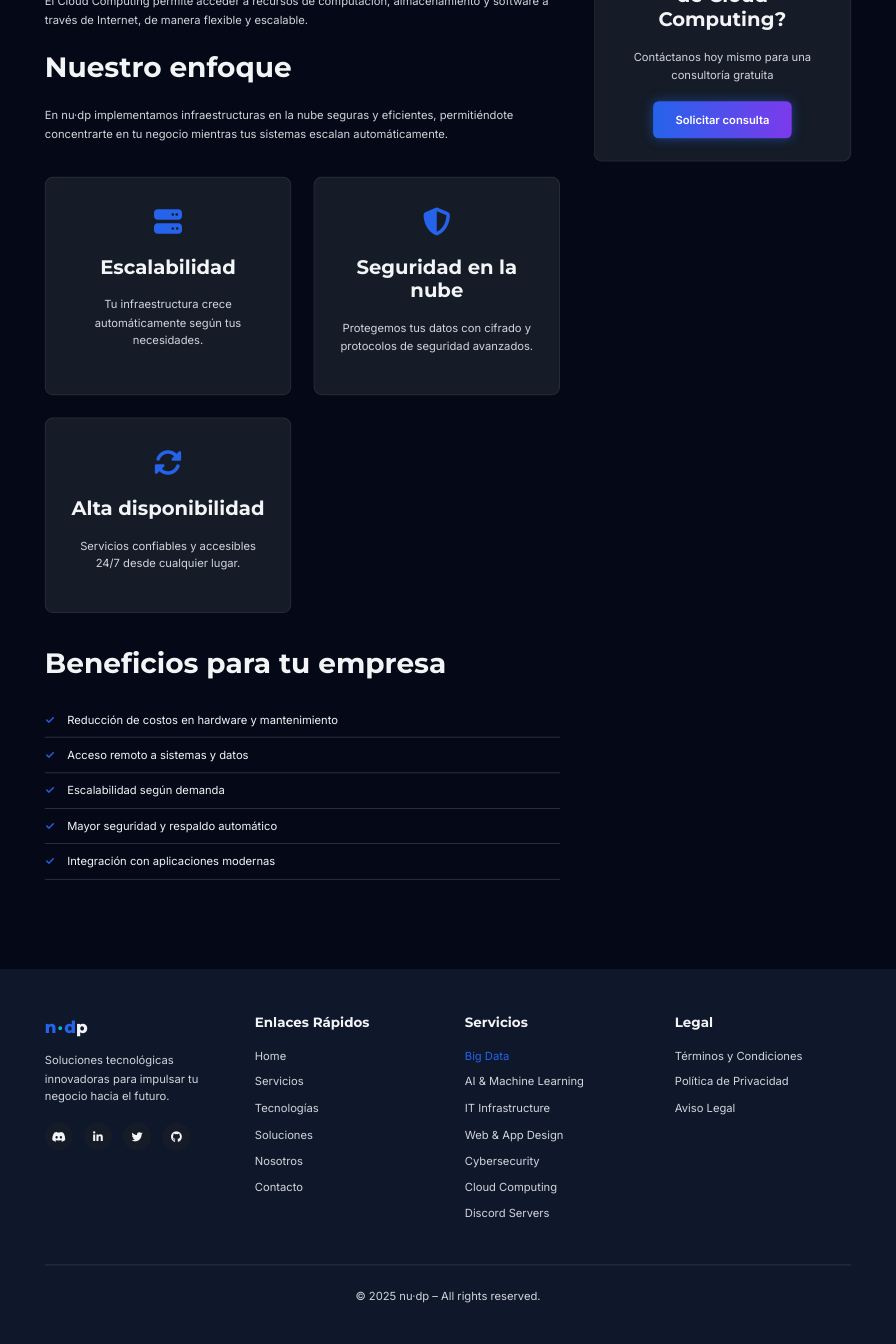
Repository: nu-dp/nu.dp-website
Page: services/cloud.html
The author's editor kept a copy of each file at every save. The page is drawn from the files as they stood at one save, then again after the next save.
The browser window is 1280 px wide. The pictures show the part of the page from y = 742 to 2662 px (the page is 2662 px tall), at 70% of full size.

Above is the page before, as saved 2025-08-21 22:11:50.

### services/cloud.html
<!DOCTYPE html>
<html lang="es">
<head>
    <meta charset="UTF-8">
    <meta name="viewport" content="width=device-width, initial-scale=1.0">
    <title>Cloud Computing - nu·dp</title>
    <meta name="description" content="Servicios de Big Data y análisis de datos para tu empresa">
    <link rel="preconnect" href="https://fonts.googleapis.com">
    <link rel="preconnect" href="https://fonts.gstatic.com" crossorigin>
    <link href="https://fonts.googleapis.com/css2?family=Montserrat:wght@300;400;500;600;700;800&family=Inter:wght@300;400;500;600&display=swap" rel="stylesheet">
    <link rel="stylesheet" href="https://cdnjs.cloudflare.com/ajax/libs/font-awesome/6.4.0/css/all.min.css">
    <link rel="stylesheet" href="../css/style.css">
</head>
<body>
    <!-- Header -->
    <header id="header">
        <div class="container header-container">
            <a href="../index.html" class="logo">
                <span class="logo-symbol">n</span>
                <span class="logo-divider">·</span>
                <span class="logo-symbol">d</span>
                <span class="logo-text">p</span>
            </a>

            <button class="mobile-menu-btn" id="mobile-menu">
                <span class="menu-line"></span>
                <span class="menu-line"></span>
                <span class="menu-line"></span>
            </button>

            <nav>
                <ul class="nav-menu" id="nav-menu">
                    <li><a href="../index.html">Home</a></li>
                    <li><a href="../services.html">Servicios</a></li>
                    <li><a href="../technologies.html">Tecnologías</a></li>
                    <li><a href="../solutions.html">Soluciones</a></li>
                    <li><a href="../about.html">Nosotros</a></li>
                    <li><a href="../contact.html">Contacto</a></li>
                </ul>
            </nav>
        </div>
    </header>

<!-- Hero Section -->
<section class="hero service-detail-hero">
    <div class="container hero-content">
        <div class="service-header">
            <div class="service-icon large">
                <i class="fas fa-cloud"></i>
            </div>
            <h1 class="fade-in">Cloud Computing</h1>
        </div>
        <p class="hero-tagline fade-in">Soluciones en la nube que escalan con tu negocio</p>
    </div>
</section>

<!-- Service Detail -->
<section class="section">
    <div class="container">
        <div class="service-detail">
            <div class="service-info">
                <h2>¿Qué es Cloud Computing?</h2>
                <p>El Cloud Computing permite acceder a recursos de computación, almacenamiento y software a través de Internet, de manera flexible y escalable.</p>

                <h2>Nuestro enfoque</h2>
                <p>En nu·dp implementamos infraestructuras en la nube seguras y eficientes, permitiéndote concentrarte en tu negocio mientras tus sistemas escalan automáticamente.</p>

                <div class="features-grid">
                    <div class="feature-item">
                        <div class="feature-icon">
                            <i class="fas fa-server"></i>
                        </div>
                        <h3>Escalabilidad</h3>
                        <p>Tu infraestructura crece automáticamente según tus necesidades.</p>
                    </div>

                    <div class="feature-item">
                        <div class="feature-icon">
                            <i class="fas fa-shield-alt"></i>
                        </div>
                        <h3>Seguridad en la nube</h3>
                        <p>Protegemos tus datos con cifrado y protocolos de seguridad avanzados.</p>
                    </div>

                    <div class="feature-item">
                        <div class="feature-icon">
                            <i class="fas fa-sync-alt"></i>
                        </div>
                        <h3>Alta disponibilidad</h3>
                        <p>Servicios confiables y accesibles 24/7 desde cualquier lugar.</p>
                    </div>
                </div>

                <h2>Beneficios para tu empresa</h2>
                <ul class="benefits-list">
                    <li>Reducción de costos en hardware y mantenimiento</li>
                    <li>Acceso remoto a sistemas y datos</li>
                    <li>Escalabilidad según demanda</li>
                    <li>Mayor seguridad y respaldo automático</li>
                    <li>Integración con aplicaciones modernas</li>
                </ul>
            </div>

            <div class="service-cta">
                <div class="cta-card">
                    <h3>¿Interesado en nuestros servicios de Cloud Computing?</h3>
                    <p>Contáctanos hoy mismo para una consultoría gratuita</p>
                    <a href="../contact.html" class="btn btn-glow">
                        <span class="btn-text">Solicitar consulta</span>
                        <div class="btn-hover-effect"></div>
                    </a>
                </div>
            </div>
        </div>
    </div>
</section>


    <!-- Footer -->
    <footer>
        <div class="container">
            <div class="footer-content">
                <div class="footer-about">
                    <div class="footer-logo">
                        <span class="logo-symbol">n</span>
                        <span class="logo-divider">·</span>
                        <span class="logo-symbol">d</span>
                        <span class="logo-text">p</span>
                    </div>
                    <p>Soluciones tecnológicas innovadoras para impulsar tu negocio hacia el futuro.</p>
                    <div class="social-links">
                        <a href="#" class="social-link">
                            <i class="fab fa-discord"></i>
                            <span class="link-tooltip">Únete a nuestro Discord</span>
                        </a>
                        <a href="#" class="social-link">
                            <i class="fab fa-linkedin-in"></i>
                            <span class="link-tooltip">Síguenos en LinkedIn</span>
                        </a>
                        <a href="#" class="social-link">
                            <i class="fab fa-twitter"></i>
                            <span class="link-tooltip">Síguenos en Twitter</span>
                        </a>
                        <a href="#" class="social-link">
                            <i class="fab fa-github"></i>
                            <span class="link-tooltip">Visita nuestro GitHub</span>
                        </a>
                    </div>
                </div>

                <div class="footer-links">
                    <h4>Enlaces Rápidos</h4>
                    <ul>
                        <li><a href="../index.html">Home</a></li>
                        <li><a href="../services.html">Servicios</a></li>
                        <li><a href="../technologies.html">Tecnologías</a></li>
                        <li><a href="../solutions.html">Soluciones</a></li>
                        <li><a href="../about.html">Nosotros</a></li>
                        <li><a href="../contact.html">Contacto</a></li>
                    </ul>
                </div>

                <div class="footer-links">
                    <h4>Servicios</h4>
                    <ul>
                        <li><a href="big-data.html" class="active">Big Data</a></li>
                        <li><a href="ai.html">AI & Machine Learning</a></li>
                        <li><a href="it-infra.html">IT Infrastructure</a></li>
                        <li><a href="web-app.html">Web & App Design</a></li>
                        <li><a href="cyber.html">Cybersecurity</a></li>
                        <li><a href="cloud.html">Cloud Computing</a></li>
                        <li><a href="discord.html">Discord Servers</a></li>
                    </ul>
                </div>

                <div class="footer-links">
                    <h4>Legal</h4>
                    <ul>
                        <li><a href="../terms-and-conditions.html">Términos y Condiciones</a></li>
                        <li><a href="../privacy-policy.html">Política de Privacidad</a></li>
                        <li><a href="../legal-notice.html">Aviso Legal</a></li>
                    </ul>
                </div>
            </div>

            <div class="footer-bottom">
                <p>© 2025 nu·dp – All rights reserved.</p>
            </div>
        </div>
    </footer>

    <!-- Floating Contact Button -->
    <div class="floating-contact">
        <a href="../contact.html" class="floating-btn">
            <i class="fas fa-paper-plane"></i>
            <span class="floating-text">Contactar</span>
        </a>
    </div>

    <script src="../js/script.js"></script>
</body>
</html>

Loaded but not shown: js/script.js (254 lines, source omitted); css/style.css (875 lines, source omitted)

After the next save:
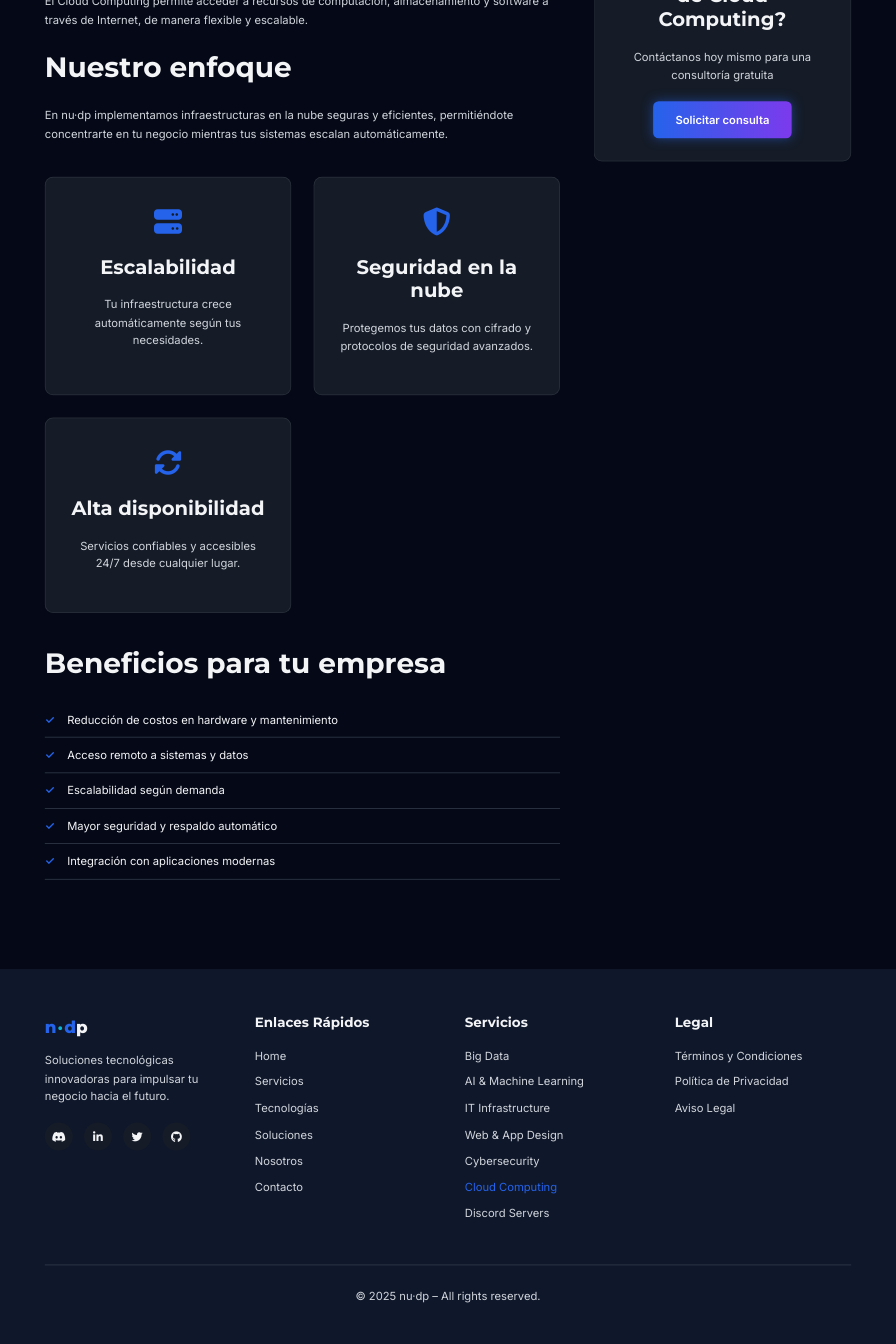
Saved 16 s later.
--- a/services/cloud.html
+++ b/services/cloud.html
@@ -163,12 +163,12 @@
                 <div class="footer-links">
                     <h4>Servicios</h4>
                     <ul>
-                        <li><a href="big-data.html" class="active">Big Data</a></li>
+                        <li><a href="big-data.html">Big Data</a></li>
                         <li><a href="ai.html">AI & Machine Learning</a></li>
                         <li><a href="it-infra.html">IT Infrastructure</a></li>
                         <li><a href="web-app.html">Web & App Design</a></li>
                         <li><a href="cyber.html">Cybersecurity</a></li>
-                        <li><a href="cloud.html">Cloud Computing</a></li>
+                        <li><a href="cloud.html" class="active">Cloud Computing</a></li>
                         <li><a href="discord.html">Discord Servers</a></li>
                     </ul>
                 </div>
